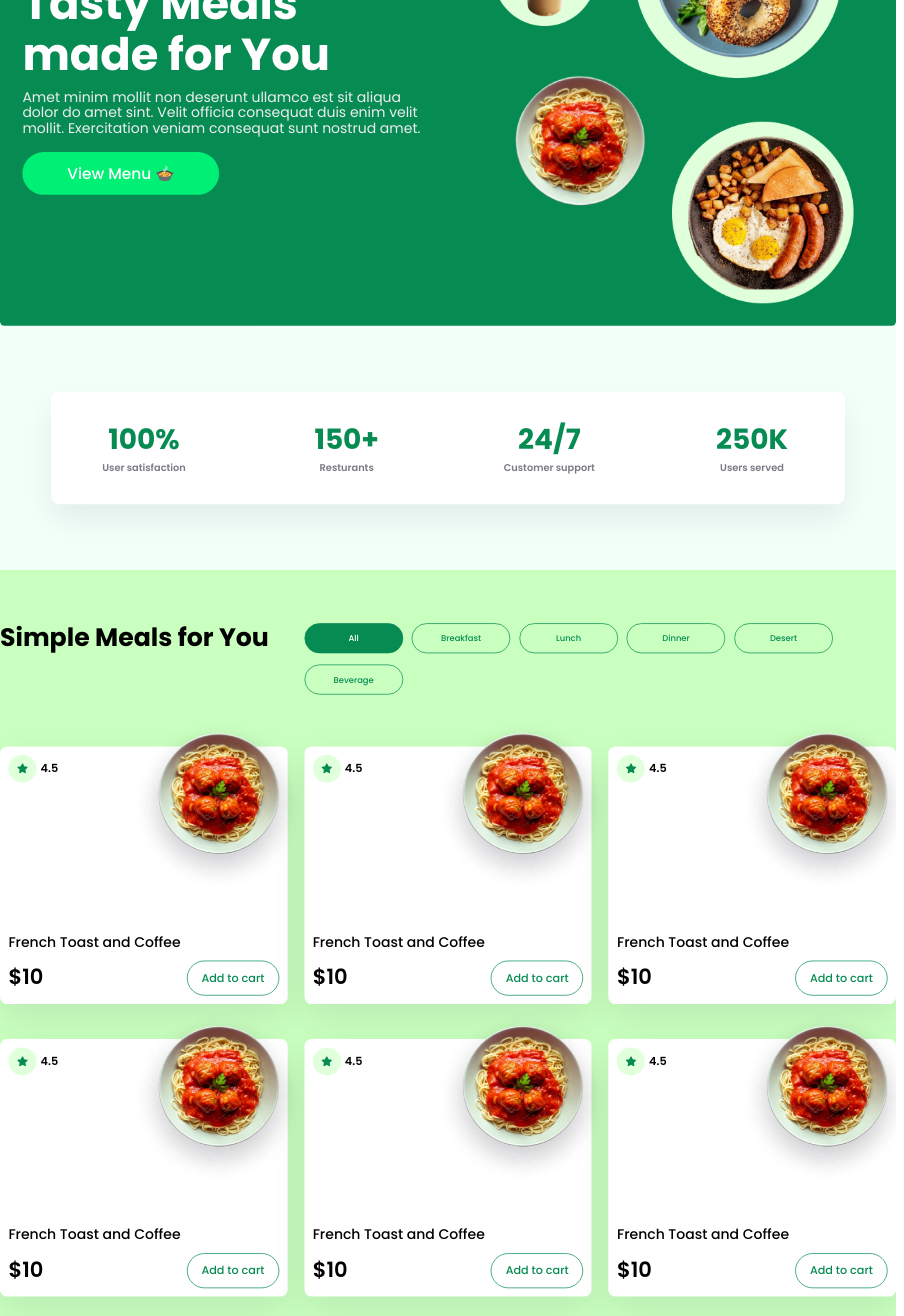
Repository: nguyennam1029/balbal
Page: index.html
These files come from the project's save history. The page is drawn as it stood at one moment and after the next save; the edit follows.
The browser window is 1280 px wide. The page is 1292 px wide, so the pictures cover 1292 px, including what lies to the right of the window. The pictures show the part of the page from y = 336 to 2216 px (the page is 4194 px tall), at 70% of full size.
Some web libraries are served in a nearby version.

Above is the page before, as saved 2022-07-09 09:41:28.

### index.html
<!DOCTYPE html>
<html lang="en">
  <head>
    <meta charset="UTF-8" />
    <meta http-equiv="X-UA-Compatible" content="IE=edge" />
    <meta name="viewport" content="width=device-width, initial-scale=1.0" />
    <title>Chow</title>
    <link
      rel="stylesheet"
      href="https://cdnjs.cloudflare.com/ajax/libs/font-awesome/6.1.1/css/all.min.css"
      integrity="sha512-KfkfwYDsLkIlwQp6LFnl8zNdLGxu9YAA1QvwINks4PhcElQSvqcyVLLD9aMhXd13uQjoXtEKNosOWaZqXgel0g=="
      crossorigin="anonymous"
      referrerpolicy="no-referrer"
    />
    <link rel="stylesheet" href="css/grid.css" />
    <link rel="stylesheet" href="css/style.css" />
  </head>
  <body>
    <div class="app">
      <div class="grid wide">
        <div class="menu">
          <a href="#" class="menu-left">Chow</a>
          <span class="menu-icon--mobile">
            <i class="fa-solid fa-bars"></i>
          </span>

          <ul class="menu-center">
            <li class="menu-center-item">
              <a href="#" class="menu-center--link active">Home</a>
            </li>
            <li class="menu-center-item">
              <a href="#" class="menu-center--link">Menu</a>
            </li>
            <li class="menu-center-item">
              <a href="#" class="menu-center--link">About</a>
            </li>
            <li class="menu-center-item">
              <a href="#" class="menu-center--link">Resturants</a>
            </li>
            <li class="menu-center-item">
              <a href="#" class="menu-center--link">Contact</a>
            </li>
            <i class="back-top fa-solid fa-angles-up"></i>
          </ul>
          <ul class="menu-right">

            <li class="menu-right-item">
              <a href="#" class="menu-right--link">
                <i class="fa-solid fa-circle-user"></i>
              </a>
            </li>
            <li class="menu-right-item">
              <a href="#" class="menu-right--link active">
                <i class="fa-solid fa-bag-shopping"></i>
                <span class="menu-right--circle"></span>
              </a>
            </li>
          </ul>
        </div>
        <div class="banner">
          <div class="row">
            <div class="col l-6 m-12 c-12">
              <div class="banner-info">
                <h1 class="banner-title">Tasty Meals made for You</h1>
                <span class="banner-des"
                  >Amet minim mollit non deserunt ullamco est sit aliqua dolor
                  do amet sint. Velit officia consequat duis enim velit mollit.
                  Exercitation veniam consequat sunt nostrud amet.</span
                >
                <a href="#" class="banner-btn"> View Menu 🍲 </a>
              </div>
            </div>
            <div class="col l-6 m-12 c-12 c-0">
              <div class="banner-img">
                <img src="images/banner1.png" alt="" />
              </div>
            </div>
          </div>
        </div>
        <div class="statistical">
          <div class="row">
            <div class="col l-3 m-6 c-12">
              <div class="statistical-item">
                <h3 class="statistical-item--title">100%</h3>
                <span class="statistical-item--des">User satisfaction</span>
              </div>
            </div>
            <div class="col l-3 m-6 c-12">
              <div class="statistical-item">
                <h3 class="statistical-item--title">150+</h3>
                <span class="statistical-item--des">Resturants</span>
              </div>
            </div>
            <div class="col l-3 m-6 c-12">
              <div class="statistical-item">
                <h3 class="statistical-item--title">24/7</h3>
                <span class="statistical-item--des">Customer support</span>
              </div>
            </div>
            <div class="col l-3 m-6 c-12">
              <div class="statistical-item">
                <h3 class="statistical-item--title">250K</h3>
                <span class="statistical-item--des">Users served</span>
              </div>
            </div>
          </div>
        </div>
      </div>
      <div class="product">
        <div class="grid wide">
          <div class="product-top">
            <div class="row">
              <div class="col l-4 m-12 c-12">
                <h3 class="product-heading">Simple Meals for You</h3>
              </div>
              <!-- <div class="col l-8 m-12 c-12"> -->
              <ul class="tab-list col l-8 m-12 c-12">
                <li class="tab-item active col l-2 m-3 c-4">All</li>
                <li class="tab-item col l-2 m-3 c-4">Breakfast</li>
                <li class="tab-item col l-2 m-3 c-4">Lunch</li>
                <li class="tab-item col l-2 m-3 c-4">Dinner</li>
                <li class="tab-item col l-2 m-3 c-4">Desert</li>
                <li class="tab-item col l-2 m-3 c-4">Beverage</li>
              </ul>
              <!-- </div> -->
            </div>
          </div>
          <div class="product-list">
            <div class="row">
              <div class="col l-4 m-6 c-12">
                <div class="product-item">
                  <img
                    class="product-item--img"
                    src="images/product1.png"
                    alt=""
                  />
                  <div class="product-item--rating">
                    <i class="fa-solid fa-star"></i>
                    <span>4.5</span>
                  </div>
                  <div class="product-item--content">
                    <h4 class="product-item--name">French Toast and Coffee</h4>
                    <div class="product-item--footer">
                      <span class="product-item--price">$10</span>
                      <a href="#" class="product-item--btn">Add to cart</a>
                    </div>
                  </div>
                </div>
              </div>

              <div class="col l-4 m-6 c-12">
                <div class="product-item">
                  <img
                    class="product-item--img"
                    src="images/product1.png"
                    alt=""
                  />
                  <div class="product-item--rating">
                    <i class="fa-solid fa-star"></i>
                    <span>4.5</span>
                  </div>
                  <div class="product-item--content">
                    <h4 class="product-item--name">French Toast and Coffee</h4>
                    <div class="product-item--footer">
                      <span class="product-item--price">$10</span>
                      <a href="#" class="product-item--btn">Add to cart</a>
                    </div>
                  </div>
                </div>
              </div>

              <div class="col l-4 m-6 c-12">
                <div class="product-item">
                  <img
                    class="product-item--img"
                    src="images/product1.png"
                    alt=""
                  />
                  <div class="product-item--rating">
                    <i class="fa-solid fa-star"></i>
                    <span>4.5</span>
                  </div>
                  <div class="product-item--content">
                    <h4 class="product-item--name">French Toast and Coffee</h4>
                    <div class="product-item--footer">
                      <span class="product-item--price">$10</span>
                      <a href="#" class="product-item--btn">Add to cart</a>
                    </div>
                  </div>
                </div>
              </div>

              <div class="col l-4 m-6 c-12">
                <div class="product-item">
                  <img
                    class="product-item--img"
                    src="images/product1.png"
                    alt=""
                  />
                  <div class="product-item--rating">
                    <i class="fa-solid fa-star"></i>
                    <span>4.5</span>
                  </div>
                  <div class="product-item--content">
                    <h4 class="product-item--name">French Toast and Coffee</h4>
                    <div class="product-item--footer">
                      <span class="product-item--price">$10</span>
                      <a href="#" class="product-item--btn">Add to cart</a>
                    </div>
                  </div>
                </div>
              </div>

              <div class="col l-4 m-6 c-12">
                <div class="product-item">
                  <img
                    class="product-item--img"
                    src="images/product1.png"
                    alt=""
                  />
                  <div class="product-item--rating">
                    <i class="fa-solid fa-star"></i>
                    <span>4.5</span>
                  </div>
                  <div class="product-item--content">
                    <h4 class="product-item--name">French Toast and Coffee</h4>
                    <div class="product-item--footer">
                      <span class="product-item--price">$10</span>
                      <a href="#" class="product-item--btn">Add to cart</a>
                    </div>
                  </div>
                </div>
              </div>

              <div class="col l-4 m-6 c-12">
                <div class="product-item">
                  <img
                    class="product-item--img"
                    src="images/product1.png"
                    alt=""
                  />
                  <div class="product-item--rating">
                    <i class="fa-solid fa-star"></i>
                    <span>4.5</span>
                  </div>
                  <div class="product-item--content">
                    <h4 class="product-item--name">French Toast and Coffee</h4>
                    <div class="product-item--footer">
                      <span class="product-item--price">$10</span>
                      <a href="#" class="product-item--btn">Add to cart</a>
                    </div>
                  </div>
                </div>
              </div>
            </div>
            <div class="row">
              <div class="col c-12 product-menu">
                <a href="#" class="product-menu--btn">Explore Menu</a>
              </div>
            </div>
          </div>
        </div>
      </div>

      <!-- ĐÁNH GIÁ CMT  -->
      <div class="comment">
        <div class="grid wide">
          <div class="comment-top">
            <div class="row">
              <div class="col l-5">
                <h3 class="product-heading">What our customers are saying</h3>
              </div>
              <div class="col l-2 l-o-5 m-12 c-12">
                <div class="comment-btn">

                    <i
                      class="comment-top--icon fa-solid fa-arrow-left-long"
                    ></i>


                    <i
                      class="comment-top--icon active fa-solid fa-arrow-right-long"
                    ></i>
                  </div>
                </div>
            </div>
            <div class="comment-content">
              <div class="row">
                <!-- START-ITEM  -->
                  <div class="col l-4 m-6 c-12">
                    <div class="comment-item">
                      <span class="comment-title">
                        Amet minim mollit non deserunt ullamco est sit aliqua dolor do amet sint velit officia consequat duis enim velit mollit exercitation veniam.
                      </span>
                      <div class="comment-info">
                        <div class="info-left">
                          <img src="images/cmt1.png" alt="">
                          <div class="info-left--des">
                            <h4 class="info-left--name">Kristin Watson</h4>
                            <span class="info-left--time">Jun 27, 2020 · 6 min read</span>
                          </div>
                        </div>

                          <ul class="info-right--rating">
                            <li class="info-right--icon"><i class="fa-solid fa-star"></i></li>
                            <li class="info-right--icon"><i class="fa-solid fa-star"></i></li>
                            <li class="info-right--icon"><i class="fa-solid fa-star"></i></li>
                            <li class="info-right--icon"><i class="fa-solid fa-star"></i></li>
                            <li class="info-right--icon">
                              <i class="fa-regular fa-star"></i>
                            </li>
                          </ul>

                      </div>
                    </div>
                  </div>
                <!-- END-ITEM  -->

                <!-- START-ITEM  -->
                  <div class="col l-4 m-6 c-0">
                    <div class="comment-item">
                      <span class="comment-title">
                        Amet minim mollit non deserunt ullamco est sit aliqua dolor do amet sint velit officia consequat duis enim velit mollit exercitation veniam.
                      </span>
                      <div class="comment-info">
                        <div class="info-left">
                          <img src="images/cmt2.png" alt="">
                          <div class="info-left--des">
                            <h4 class="info-left--name">Kristin Watson</h4>
                            <span class="info-left--time">Jun 27, 2020 · 6 min read</span>
                          </div>
                        </div>

                          <ul class="info-right--rating">
                            <li class="info-right--icon"><i class="fa-solid fa-star"></i></li>
                            <li class="info-right--icon"><i class="fa-solid fa-star"></i></li>
                            <li class="info-right--icon"><i class="fa-solid fa-star"></i></li>
                            <li class="info-right--icon"><i class="fa-solid fa-star"></i></li>
                            <li class="info-right--icon">
                              <i class="fa-regular fa-star"></i>
                            </li>
                          </ul>

                      </div>
                    </div>
                  </div>
                <!-- END-ITEM  -->

                <!-- START-ITEM  -->
                  <div class="col l-4 m-0 c-0">
                    <div class="comment-item">
                      <span class="comment-title">
                        Amet minim mollit non deserunt ullamco est sit aliqua dolor do amet sint velit officia consequat duis enim velit mollit exercitation veniam.
                      </span>
                      <div class="comment-info">
                        <div class="info-left">
                          <img src="images/cmt3.png" alt="">
                          <div class="info-left--des">
                            <h4 class="info-left--name">Kristin Watson</h4>
                            <span class="info-left--time">Jun 27, 2020 · 6 min read</span>
                          </div>
                        </div>

                          <ul class="info-right--rating">
                            <li class="info-right--icon"><i class="fa-solid fa-star"></i></li>
                            <li class="info-right--icon"><i class="fa-solid fa-star"></i></li>
                            <li class="info-right--icon"><i class="fa-solid fa-star"></i></li>
                            <li class="info-right--icon"><i class="fa-solid fa-star"></i></li>
                            <li class="info-right--icon">
                              <i class="fa-regular fa-star"></i>
                            </li>
                          </ul>

                      </div>
                    </div>
                  </div>
                <!-- END-ITEM  -->
              </div>
            </div>
            </div>
          </div>
        </div>
      </div>
      <!-- END ĐÁNH GIÁ CMT  -->

      <!-- TRANSPORT VẬN CHUYỂN  -->
      <div class="transport">
        <div class="grid wide">
          <div class="row transport-list">
            <div class="col l-5">
              <div class="transport-item">
                <h3 class="transport-item--title">Meals on the Go!!!</h3>
                <span class="transport-item--des">Download the app to to enjoy discounts, promotions and offers.
Amet minim mollit non deserunt ullamco est sit aliqua dolor do amet sint velit officia consequat duis enim velit mollit exercitation veniam.</span>
                <div class="getApp">
                  <span class="getApp-title">Get the app</span>
                  <div class="getApp-img">
                    <a href="#" class="getApp-img--link">
                      <img src="images/Google Play Badge.png" alt="">
                    </a>
                    <a href="#" class="getApp-img--link">
                      <img src="images/App Store Badge.png" alt="">
                    </a>
                  </div>
                </div>
            </div>
            </div>
            <div class="col l-4 l-o-3">
              <div class="transport-item">
                <img src="images/transport.png" alt="">
              </div>

            </div>
          </div>
        </div>
      </div>
      <!-- END TRANSPORT VẬN CHUYỂN  -->
      <footer>
        <div class="grid footer">
          <div class="row">
            <div class="col l-2 m-4 c-0">
              <div class="footer-content">
                <h5 class="footer-title">Solutions</h5>
                <ul class="footer-list">
                  <li class="footer-item">
                    <a href="#" class="footer-link">Marketing</a>
                  </li>
                  <li class="footer-item">
                    <a href="#" class="footer-link">Analytics</a>
                  </li>
                  <li class="footer-item">
                    <a href="#" class="footer-link">Commerce</a>
                  </li>
                  <li class="footer-item">
                    <a href="#" class="footer-link">Insights</a>
                  </li>
                </ul>
              </div>
            </div>
            <div class="col l-2 m-4 c-0">
             <div class="footer-content">
                <h5 class="footer-title">Support</h5>
                <ul class="footer-list">
                  <li class="footer-item">
                    <a href="#" class="footer-link">Pricing</a>
                  </li>
                  <li class="footer-item">
                    <a href="#" class="footer-link">Documentation</a>
                  </li>
                  <li class="footer-item">
                    <a href="#" class="footer-link">Guides</a>
                  </li>
                  <li class="footer-item">
                    <a href="#" class="footer-link">API Status</a>
                  </li>
                </ul>
              </div>
            </div>
            <div class="col l-2 m-4 c-0">
             <div class="footer-content">
                <h5 class="footer-title">Company</h5>
                <ul class="footer-list">
                  <li class="footer-item">
                    <a href="#" class="footer-link">About</a>
                  </li>
                  <li class="footer-item">
                    <a href="#" class="footer-link">Jobs</a>
                  </li>
                  <li class="footer-item">
                    <a href="#" class="footer-link">Partners</a>
                  </li>
                  <li class="footer-item">
                    <a href="#" class="footer-link">Insights</a>
                  </li>
                </ul>
              </div>
            </div>
            <div class="col l-2 m-4 c-12 m-left c-center">
             <div class="footer-content">
                <h5 class="footer-title">Legal</h5>
                <ul class="footer-list">
                  <li class="footer-item">
                    <a href="#" class="footer-link">Privacy</a>
                  </li>
                  <li class="footer-item">
                    <a href="#" class="footer-link">Analytics</a>
                  </li>
                  <li class="footer-item">
                    <a href="#" class="footer-link">Claim</a>
                  </li>
                  <li class="footer-item">
                    <a href="#" class="footer-link">Insights</a>
                  </li>
                </ul>
              </div>
            </div>
            <div class="col l-4 m-6 c-12 m-left c-center">
             <div class="footer-content">
                <h5 class="footer-title">Subscribe to our newsletter</h5>
                <span class="footer-des">The latest news, articles, and resources, sent to your inbox weekly</span>
                <div class="footer-contact">
                  <input type="text" placeholder="Enter your email">
                  <a href="#" class="footer-btn">Subscribe</a>
                </div>
              </div>
            </div>
          </div>
          <span class="hr"></span>
          <div class="row footer-copy">
            <div class="col l-4 m-5 c-12 c-center">
              <span class="footer-copyright">© 08/07/2022 Nguyễn Văn Nam</span>
            </div>
            <div class="col l-3 l-o-5 m-3 m-o-4 c-12 c-center">
              <ul class="footer-list--icon">
                <li>
                  <a href="#"><i class="fa-brands fa-facebook"></i></a>
                </li>
                <li>
                  <a href="#"><i class="fa-brands fa-twitter"></i></a>
                </li>
                <li>
                  <a href="#"><i class="fa-brands fa-instagram"></i></a>
                </li>
                <li>
                  <a href="#"><i class="fa-brands fa-github"></i></a>
                </li>
              </ul>
            </div>
          </div>
        </div>
      </footer>
    </div>

    <script>
      const menu = document.querySelector(".menu-icon--mobile");
      const backTop = document.querySelector(".back-top");
      const menuCenter = document.querySelector(".menu-center");
      menu.addEventListener("click", handleMenu)
      function handleMenu() {
        menuCenter.classList.add("active")
      }
      backTop.addEventListener("click", handleBackTop)
      function handleBackTop() {
        menuCenter.classList.remove("active")

      }
    </script>
  </body>
</html>

Loaded but not shown: css/style.css (1053 lines, source omitted); css/grid.css (609 lines, source omitted)

After the next save:
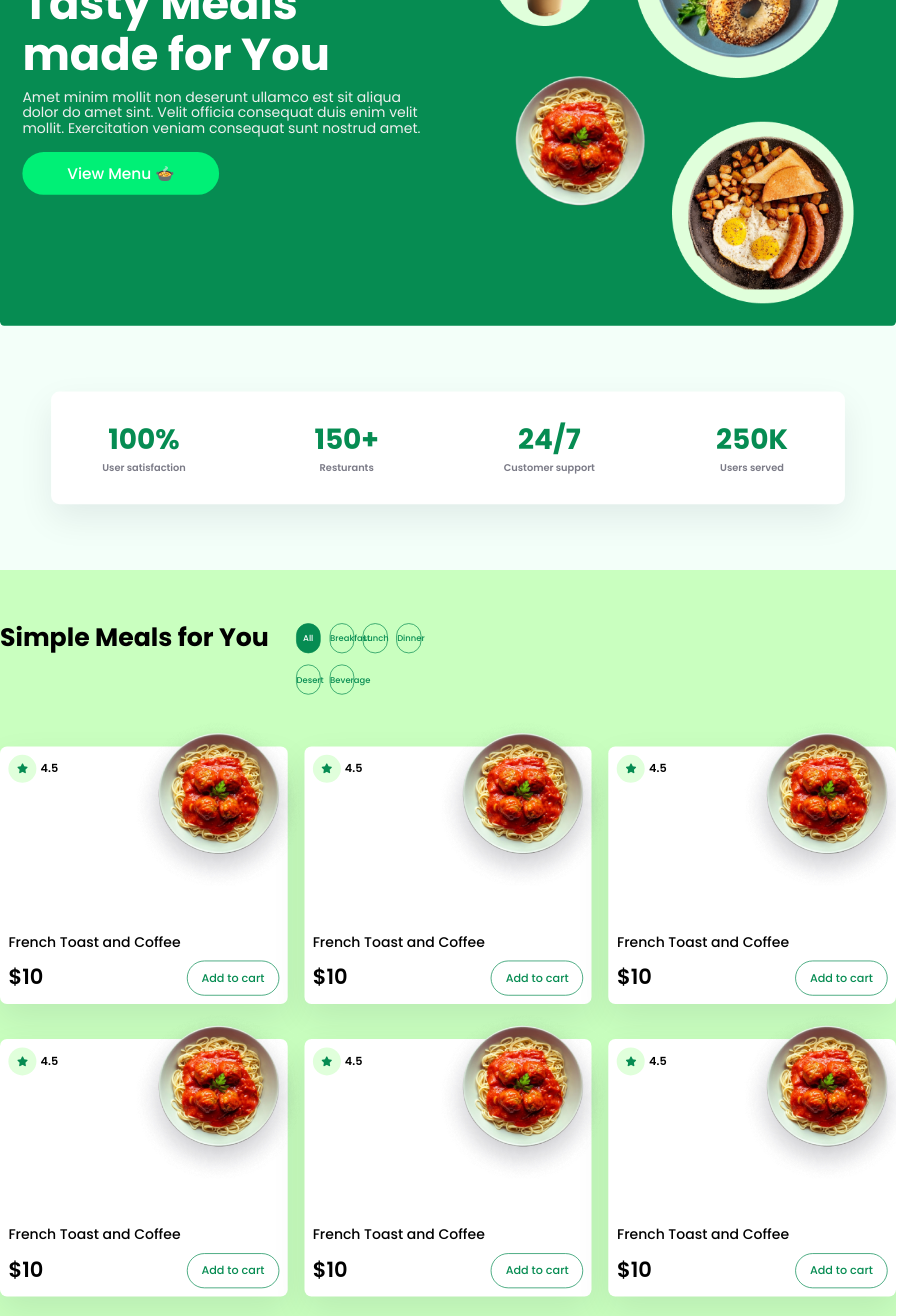
Saved 58 s later.
--- a/index.html
+++ b/index.html
@@ -114,14 +114,17 @@
                 <h3 class="product-heading">Simple Meals for You</h3>
               </div>
               <!-- <div class="col l-8 m-12 c-12"> -->
-              <ul class="tab-list col l-8 m-12 c-12">
-                <li class="tab-item active col l-2 m-3 c-4">All</li>
-                <li class="tab-item col l-2 m-3 c-4">Breakfast</li>
-                <li class="tab-item col l-2 m-3 c-4">Lunch</li>
-                <li class="tab-item col l-2 m-3 c-4">Dinner</li>
-                <li class="tab-item col l-2 m-3 c-4">Desert</li>
-                <li class="tab-item col l-2 m-3 c-4">Beverage</li>
-              </ul>
+                <div class="row">
+
+                  <ul class="tab-list col l-8 m-12 c-12">
+                    <li class="tab-item active col l-2 m-3 c-4">All</li>
+                    <li class="tab-item col l-2 m-3 c-4">Breakfast</li>
+                    <li class="tab-item col l-2 m-3 c-4">Lunch</li>
+                    <li class="tab-item col l-2 m-3 c-4">Dinner</li>
+                    <li class="tab-item col l-2 m-3 c-4">Desert</li>
+                    <li class="tab-item col l-2 m-3 c-4">Beverage</li>
+                  </ul>
+                </div>
               <!-- </div> -->
             </div>
           </div>
